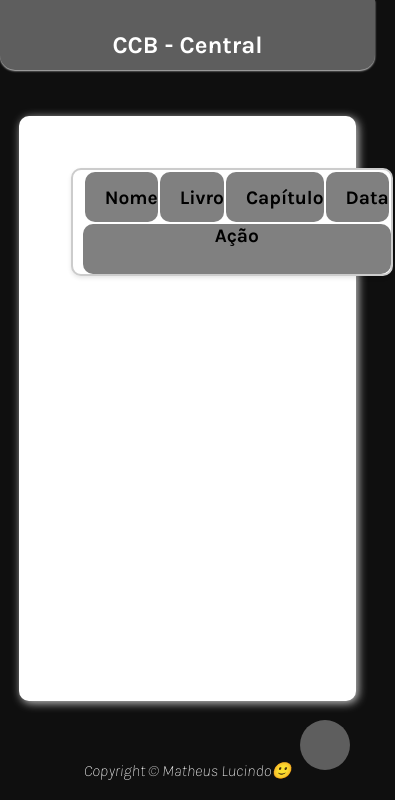
Repository: Matheus904-12/API-da-CCB
Page: index.html
An editor plug-in stored every save of this project. The page is shown before and after a run of saves, followed by the edit.
The browser window is 375 px wide. The page is 395 px wide, then 385 px, so the pictures cover 395 px, including what lies to the right of the window. The pictures show the whole page.

Above is the page before, as saved 2024-01-14 01:36:03.

After the next 2 saves:
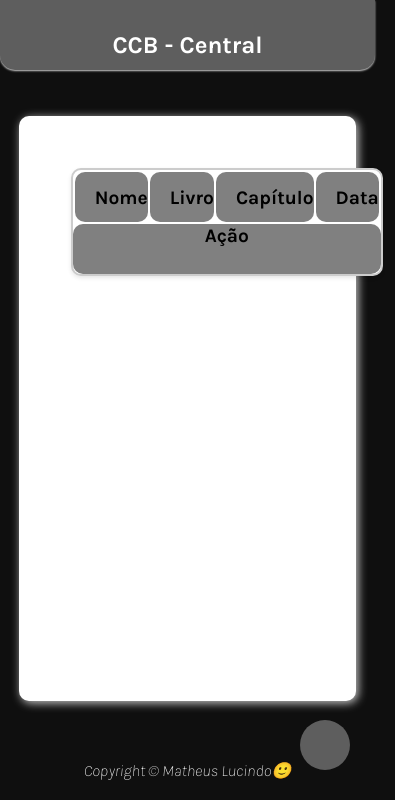
The 2 saves are shown as one change because they came seconds apart.
The last was saved 13 s later.
--- a/chat.css
+++ b/chat.css
@@ -48,7 +48,7 @@
         background-color: white;
         box-shadow: 0 2px 4px rgba(0, 0, 0, 0.1);
         padding: 0px;
-        padding-left: 10px;
+        padding-right: -10px;
     }
 
     .records td {
